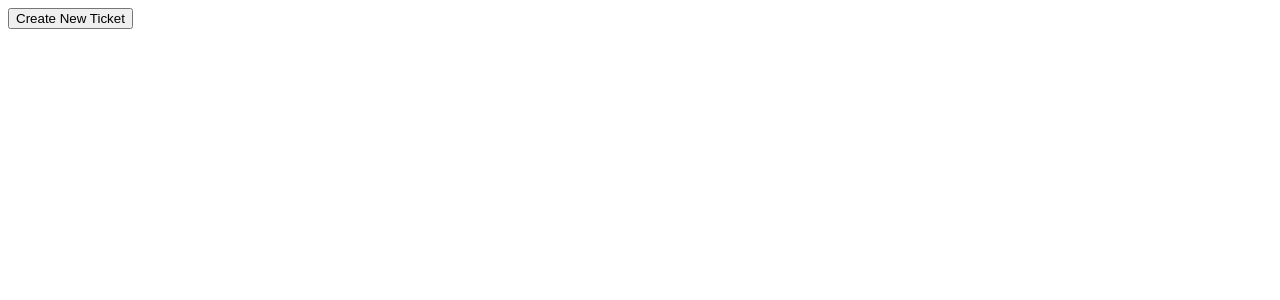
Repository: Sadiki/Expense_Reimbursement_System
Page: Ers_Project/src/main/webapp/partials/user_login.html
These files come from the project's save history. The page is drawn as it stood at one moment and after a run of saves; the edit follows.
The browser window is 1280 px wide. The pictures show the whole page.

Above is the page before, as saved 2018-11-06 14:24:56.

After the next 2 saves:
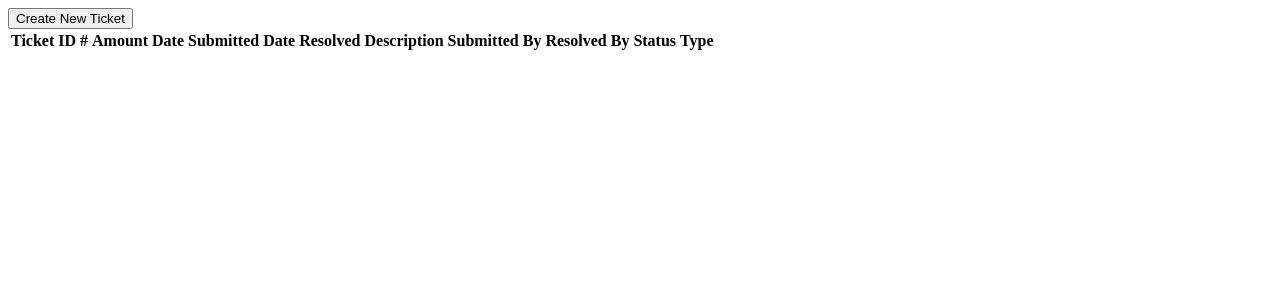
The 2 saves are shown as one change because they came seconds apart.
The last was saved 83 s later.
--- a/Ers_Project/src/main/webapp/partials/user_login.html
+++ b/Ers_Project/src/main/webapp/partials/user_login.html
@@ -1,5 +1,23 @@
 
 <div>
-    <button id='new_ticket'>Create New Ticket</button>
-    <table id='all_tickets'></table>
+	<button id='new_ticket'>Create New Ticket</button>
+	<table id='all_tickets'></table>
+
+	<table id='all_tickets' id="table_id" class="display">
+		<thead>
+			<tr>
+				<th>Ticket ID #</th>
+				<th>Amount</th>
+				<th>Date Submitted</th>
+				<th>Date Resolved</th>
+				<th>Description</th>
+				<th>Submitted By</th>
+				<th>Resolved By</th>
+				<th>Status</th>
+				<th>Type</th>
+			</tr>
+		</thead>
+		<tbody id='all_ticketsBody'>
+		</tbody>
+	</table>
 </div>
